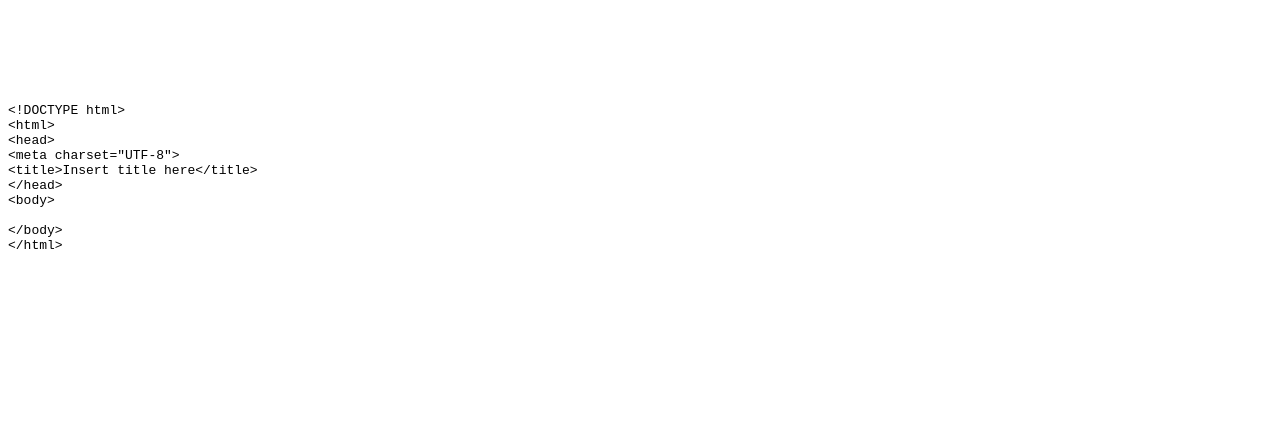
Repository: yyci12/TIL
Page: http://localhost/Jsp01_MyBoard/
The author's editor kept a copy of each file at every save. The page is drawn from the files as they stood at one save, then again after the next save.
The browser window is 1280 px wide. The pictures show the whole page.
The page is served by Tomcat 9. The database holds what the project's SQL file puts in it.

Above is the page before, as saved 2022-05-25 06:15:30.

### Web/Jsp01_MyBoard/WebContent/index.jsp
<%@ page language="java" contentType="text/html; charset=UTF-8"
    pageEncoding="UTF-8"%>
<!DOCTYPE html>
<html>
<head>
<meta charset="UTF-8">
<title>Insert title here</title>
</head>
<body>
	<%--
	<h1>시작</h1>
	<%for(int i=0; i<3; i++){ %>
		<b>안녕</b>
	<%} %>
	--%>
	<jsp:forward page="./mylist.jsp"></jsp:forward> <%-- jsp 액션태그 --%>
</body>
</html>

### Web/Jsp01_MyBoard/WebContent/mylist.jsp
<%@ page language="java" contentType="text/html; charset=UTF-8"
    pageEncoding="UTF-8"%>
<%request.setCharacterEncoding("UTF-8"); %>
<%response.setContentType("text/thml; charset=UTF-8"); %>
  <%@page import="com.my.dao.MyBoardDao"%>
  <%@page import="com.my.dto.MyBoardDto"%>
  <%@page import="java.util.List" %>
<!DOCTYPE html>
<html>
<head>
<meta charset="UTF-8">
<title>Insert title here</title>
</head>
<body>
<%
	MyBoardDao dao = new MyBoardDao();
	List<MyBoardDto> list  = dao.selectAll();
%>
</body>
</html>

### Web/Jsp01_MyBoard/src/com/my/dao/MyBoardDao.java
package com.my.dao;

import java.sql.Connection;
import java.sql.DriverManager;
import java.sql.ResultSet;
import java.sql.SQLException;
import java.sql.Statement;
import java.util.ArrayList;
import java.util.List;

import com.my.dto.MyBoardDto;

public class MyBoardDao {
	Connection con = null;

	public MyBoardDao() {
		//드라이버 등록
		try {
			Class.forName("com.mysql.jdbc.Driver");
			System.out.println("01. driver연결");
		} catch (ClassNotFoundException e) {
			System.out.println("01. driver 연결실패");
			e.printStackTrace();
		}
	}

	//전체출력
	public List<MyBoardDto> selectAll(){
		try {
			con = DriverManager.getConnection("jdbc:mysql://localhost:3306/multi","root","1234");
			System.out.println("02.연결성공");
		} catch (SQLException e) {
			// TODO Auto-generated catch block
			System.out.println("02.연결실패");
			e.printStackTrace();
		}

		Statement stmt = null;
		ResultSet rs = null;
		List<MyBoardDto> res = new ArrayList<MyBoardDto>();
		String sql = "SELECT * FROM MYBOARD";

		try {
			stmt = con.createStatement();
			System.out.println("03. query 준비 :" +sql);

			rs = stmt.executeQuery(sql);
			System.out.println("04. query 실행 및 리턴");
			while(rs.next()) {
				MyBoardDto dto = new MyBoardDto(rs.getInt(1),rs.getString(2),rs.getString(3),
												rs.getString(4),rs.getDate(5));
				res.add(dto);
			}
		} catch (SQLException e) {
			System.out.println("3/4단계에러");
			e.printStackTrace();
		}finally {
			try {
				rs.close();
				stmt.close();
				con.close();
				System.out.println("05.db종료\n");
			} catch (SQLException e) {
				System.out.println("05.db종료 에러\n");
				e.printStackTrace();
			}
		}
		System.out.println();
		return res;
	}


}

### Web/Jsp01_MyBoard/src/com/my/dto/MyBoardDto.java
package com.my.dto;

import java.util.Date;

public class MyBoardDto {
	private int myno;
	private String myname;
	private String mytitle;
	private String mycontent;
	private Date mydate;

	public MyBoardDto() {
		super();
		// TODO Auto-generated constructor stub
	}

	public MyBoardDto(int myno, String myname, String mytitle, String mycontent, Date mydate) {
		super();
		this.myno = myno;
		this.myname = myname;
		this.mytitle = mytitle;
		this.mycontent = mycontent;
		this.mydate = mydate;
	}

	public int getMyno() {
		return myno;
	}
	public void setMyno(int myno) {
		this.myno = myno;
	}
	public String getMyname() {
		return myname;
	}
	public void setMyname(String myname) {
		this.myname = myname;
	}
	public String getMytitle() {
		return mytitle;
	}
	public void setMytitle(String mytitle) {
		this.mytitle = mytitle;
	}
	public String getMycontent() {
		return mycontent;
	}
	public void setMycontent(String mycontent) {
		this.mycontent = mycontent;
	}
	public Date getMydate() {
		return mydate;
	}
	public void setMydate(Date mydate) {
		this.mydate = mydate;
	}

}

### Web/Jsp01_MyBoard/build/classes/myboard.sql (the tables this page reads)
CREATE table MYBOARD(
	MYNO INT auto_increment primary key,
	MYNAME VARCHAR(100) not null,
	MYTILTE VARCHAR(2000) not null,
	MYCONTENT VARCHAR(4000) not null,
	MYDATE DATE not null
);

INSERT into MYBOARD VALUES(null,'관리자','게시판 테스트','테스트중입니다. 123456789ABCD',NOW());

After the next save:
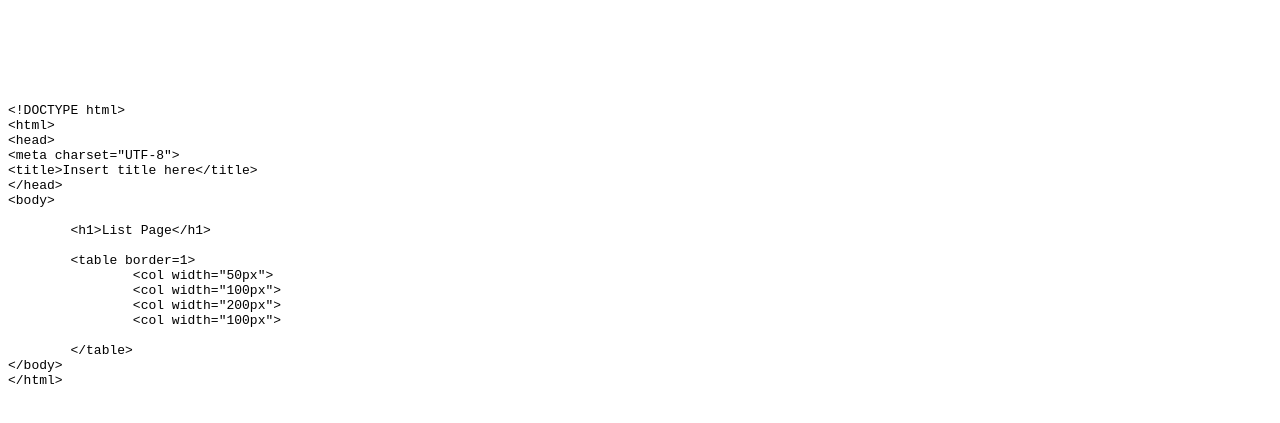
Saved 66 s later.
--- a/Web/Jsp01_MyBoard/WebContent/mylist.jsp
+++ b/Web/Jsp01_MyBoard/WebContent/mylist.jsp
@@ -16,5 +16,14 @@
 	MyBoardDao dao = new MyBoardDao();
 	List<MyBoardDto> list  = dao.selectAll();
 %>
+	<h1>List Page</h1>
+
+	<table border=1>
+		<col width="50px">
+		<col width="100px">
+		<col width="200px">
+		<col width="100px">
+
+	</table>
 </body>
 </html>
